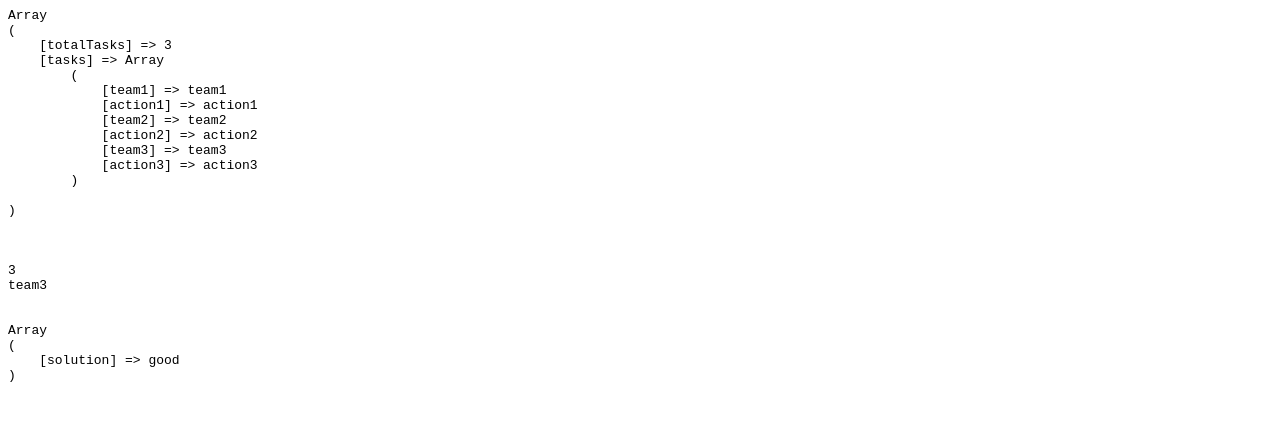
Repository: DonWhelan/Request-Hub
Page: http://localhost/test.php
The author's editor kept a record of every edit. The page is drawn from the files as they stood at one moment, then again after the next edit.
The browser window is 1280 px wide. The pictures show the whole page.
The page is run by PHP 8.4 with error messages shown; the project is at /var/www/html/.

Above is the page before.

After the next edit:
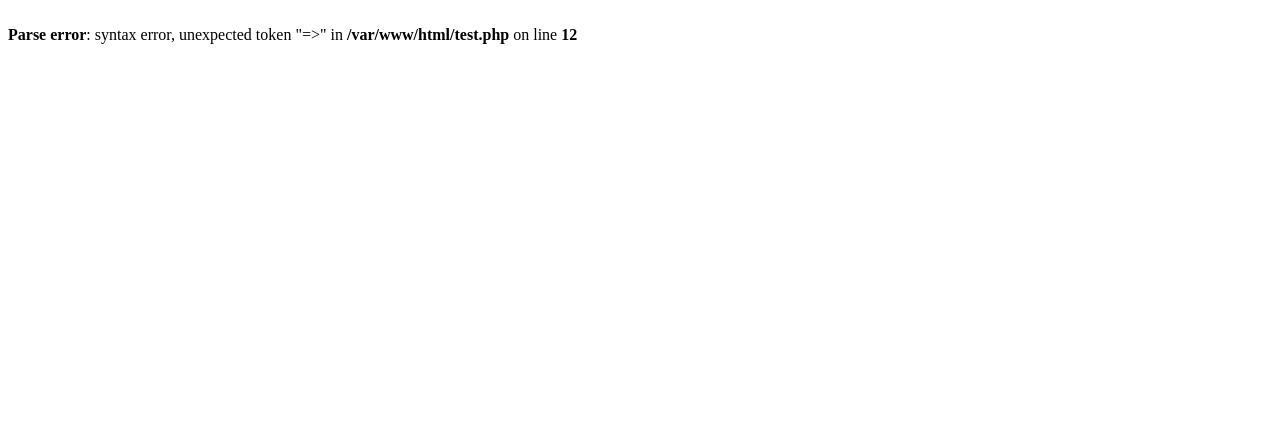
The edit:
--- a/test.php
+++ b/test.php
@@ -5,16 +5,16 @@
 $request = array(
                 "totalTasks" => 3,
 
-                "tasks" => array
-                                (
+                "tasks" => array()
+              );
+
+
                                   "team1" => "team1",
                                   "action1" => "action1",
                                   "team2" => "team2",
                                   "action2" => "action2",
                                   "team3" => "team3",
                                   "action3" => "action3"
-                                )
-              );
     echo "<pre>";
     print_r($request);
     echo "<br><br><br>";
